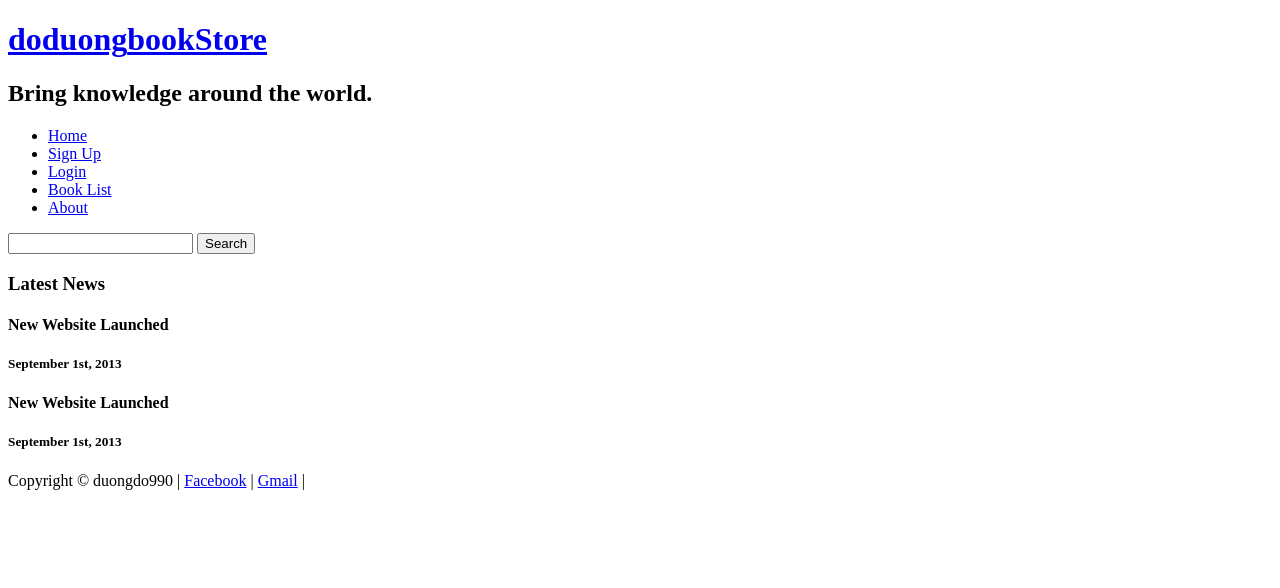
Repository: ngttuyen/JavaWeb
Page: http://localhost/MyWebsite/about
The author's editor kept a copy of each file at every save. The page is drawn from the files as they stood at one save, then again after the next save.
The browser window is 1280 px wide. The pictures show the whole page.
The page is served by Tomcat 9.

Above is the page before, as saved 2019-06-02 15:03:38.

After the next save:
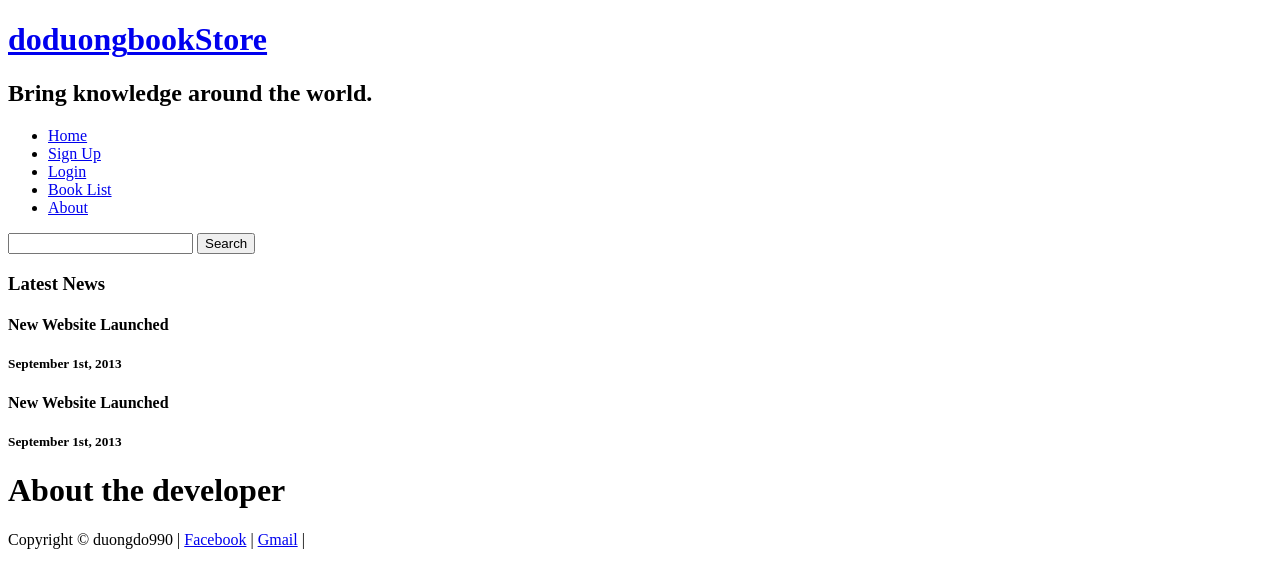
Saved 84 s later.
--- a/MyWebsite/WebContent/about.jsp
+++ b/MyWebsite/WebContent/about.jsp
@@ -31,7 +31,7 @@
 			<%@ include file="/includes/sidebar.jsp"%>
 			<div id="content">
 			<!-- -------------------------your code here---------------------- --->
-
+			<h1>About the developer</h1>
 
 
 
